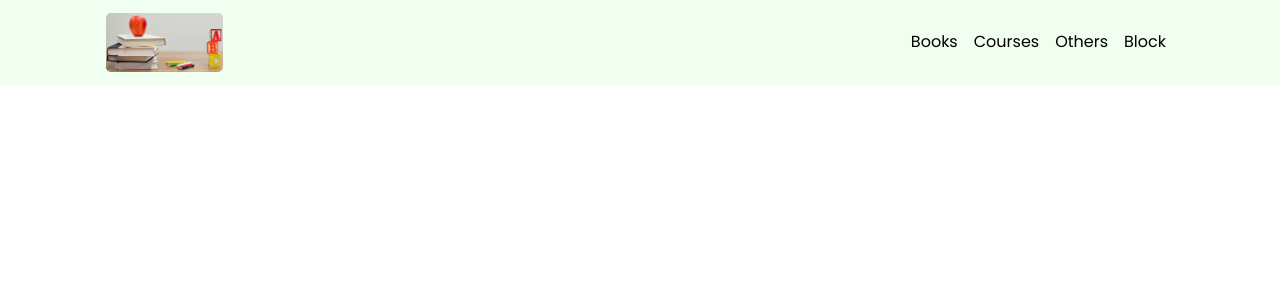
Repository: zjria/Figma-to-E-school
Page: index.html
An editor plug-in stored every save of this project. The page is shown before and after the next save, followed by the edit.
The browser window is 1280 px wide. The pictures show the whole page.
Some web libraries are served in a nearby version.

Above is the page before, as saved 2022-05-06 15:05:11.

### index.html
<!doctype html>
<html lang="en">
  <head>
    <!-- Required meta tags -->
    <meta charset="utf-8">
    <meta name="viewport" content="width=device-width, initial-scale=1">
    <title>E-School</title>

    <!-- Google Font family -->
    <link rel="preconnect" href="https://fonts.googleapis.com">
    <link rel="preconnect" href="https://fonts.gstatic.com" crossorigin>
    <link href="https://fonts.googleapis.com/css2?family=Poppins:wght@100;300;400;500;600;700;800;900&display=swap" rel="stylesheet">
    <!-- Bootstrap CSS -->
    <link href="https://cdn.jsdelivr.net/npm/bootstrap@5.0.2/dist/css/bootstrap.min.css" rel="stylesheet">
    <!-- Font awesome -->
    <link rel="stylesheet" href="https://cdnjs.cloudflare.com/ajax/libs/font-awesome/6.1.1/css/all.min.css">
    <!-- custom css -->
    <link rel="stylesheet" href="style.css">
  </head>
  <body>
    <section class="hero-section">
        <div class="container">
            <div class="row">
                <nav class="navbar navbar-expand-md navbar-light">
                    <div class="container-fluid">
                      <a class="navbar-brand" href="#"><img class="img-fluid rounded-3" src="images/logo.png" alt=""></a>
                      <button class="navbar-toggler" type="button" data-bs-toggle="collapse" data-bs-target="#navbarSupportedContent" aria-controls="navbarSupportedContent" aria-expanded="false" aria-label="Toggle navigation">
                        <span class="navbar-toggler-icon"></span>
                      </button>
                      <div class="collapse navbar-collapse" id="navbarSupportedContent">
                        <ul class="navbar-nav me-auto mb-2 mb-lg-0">
                          <li class="nav-item">
                            <a class="nav-link" href="#">Books</a>
                          </li>
                          <li class="nav-item">
                            <a class="nav-link" href="#">Courses</a>
                          </li>
                          <li class="nav-item">
                            <a class="nav-link" href="#">Others</a>
                          </li>
                          <li class="nav-item">
                            <a class="nav-link" href="#">Block</a>
                          </li>
                        </ul>

                      </div>
                    </div>
                  </nav>
            </div>
        </div>
    </section>










    <!-- Option 1: Bootstrap Bundle with Popper -->
    <script src="https://cdn.jsdelivr.net/npm/bootstrap@5.0.2/dist/js/bootstrap.bundle.min.js"></script>
  </body>
</html>

### style.css
/* font-family: 'Poppins', sans-serif; */
.hero-section{
    background: #F0FFF0;
}
.navbar-light .navbar-nav .nav-link {
    color: rgb(0, 0, 0);
    font-family: 'Poppins', sans-serif;
    font-style: normal;
    font-weight: 400;
    font-size: 16px;
    line-height: 24px;
}
.navbar-light .navbar-nav .nav-link:hover {
    color: #C2B49D;
}
.navbar-brand img{
    width: 15%;
}

After the next save:
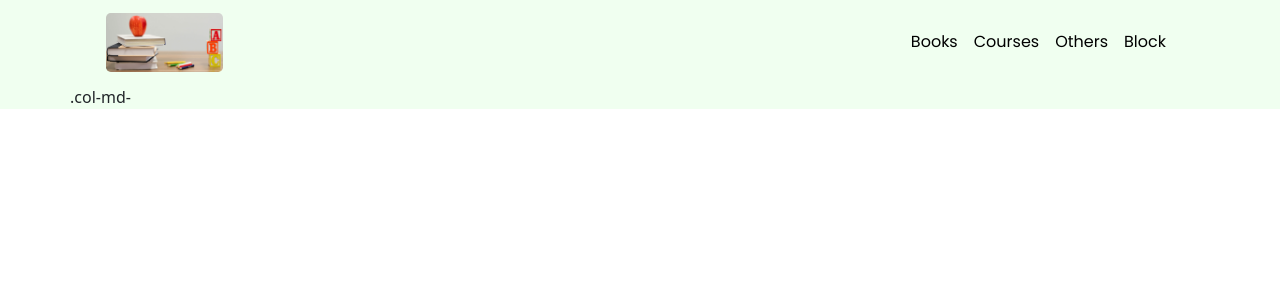
Saved 5 min 3 s later.
--- a/index.html
+++ b/index.html
@@ -47,6 +47,10 @@
                     </div>
                   </nav>
             </div>
+
+            <div class="row">
+              .col-md-
+            </div>
         </div>
     </section>
 

After the save that followed:
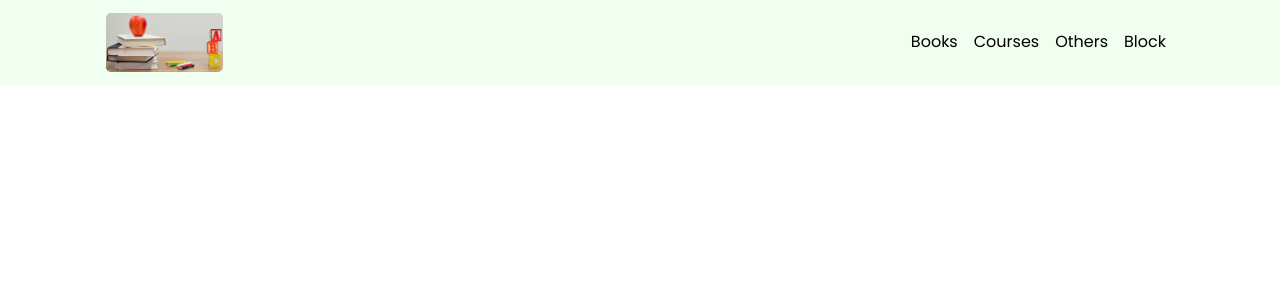
Saved 9 s later.
--- a/index.html
+++ b/index.html
@@ -49,7 +49,10 @@
             </div>
 
             <div class="row">
-              .col-md-
+              <div class="col-md-6">
+
+              </div>
+              <div class="col-md-6"></div>
             </div>
         </div>
     </section>
